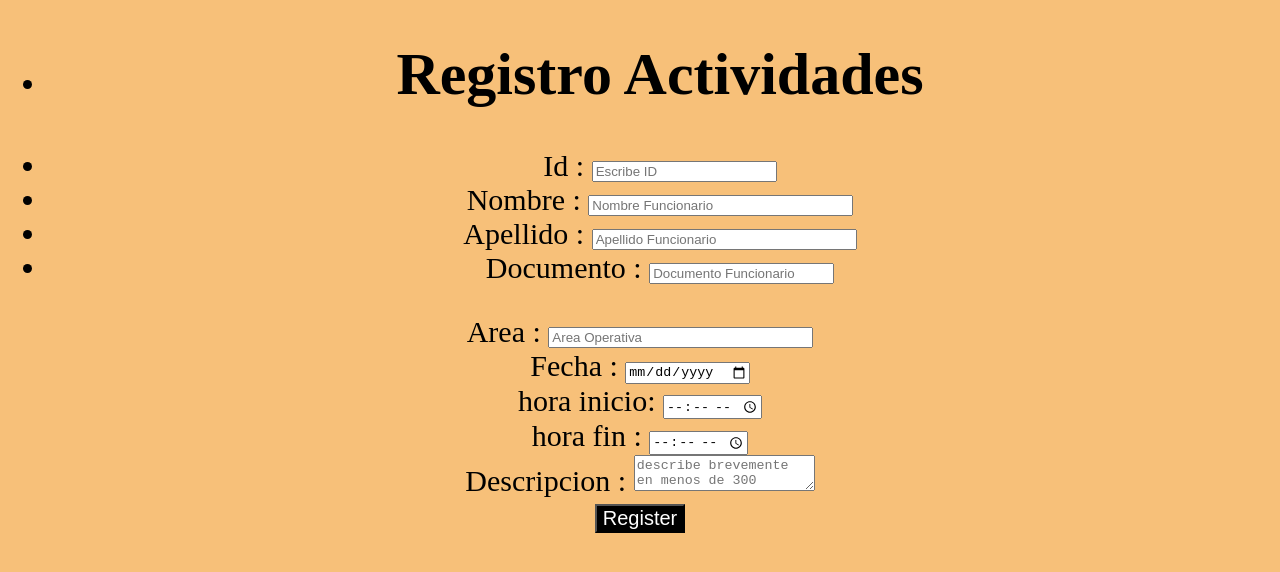
Repository: Yale2024/repo-registro-act
Page: templates/register.html
These files come from the project's save history. The page is drawn as it stood at one moment and after the next save; the edit follows.
The browser window is 1280 px wide. The pictures show the whole page.

Above is the page before, as saved 2024-09-15 07:50:06.

### templates/register.html
<!DOCTYPE html>
<html lang="en">

<head>
    <meta charset="UTF-8">
    <meta name="viewport" content="width=device-width, initial-scale=1.0">
    <link rel="stylesheet" href="static/css/styleRegister.css">
    <script src="static/js/appRegister.js"></script>
    <title>Web App</title>
</head>
<body></body>

    <form class="contact_form" action="/register_user" method="POST">
    <!-- <form method="POST"> -->
        <div>
            <ul>
                <li>
                    <h1>Registro Actividades</h1>
                </li>
                <li>
                    <label for="id">Id :</label>
                    <input type="number"  size="30" name="id" id="Id" placeholder="Escribe ID" required /> <br>
                </li>
                <li>
                    <label for="nombre">Nombre :</label>
                    <input type="text" size="30" name="nombre" id="nombre" placeholder="Nombre Funcionario" required /> <br>
                </li>
                <li>
                    <label for="apellido">Apellido :</label>
                    <input type="text" size="30" name="apellido" id="apellido" placeholder="Apellido Funcionario" required /> <br>
                </li>
                <li>
                    <label for="documento">Documento  :</label>
                    <input type="number" size="30" name="documento" id="documento" placeholder="Documento Funcionario" required /> <br>
                </li>
            </ul>
        </div>




        <label for="are">Area      :</label>
        <input type ="text" size="30" name="area" id="area" placeholder="Area Operativa" required /> <br>
        <label for="fecha">Fecha     :</label>
        <input type ="date" size="30" name="fecha" id="fecha" placeholder="AAAA-MM-DD" required /> <br>
        <label for="horai">hora inicio:</label>
        <input type ="time" size="30" name="horai" id="horai" placeholder="hh:mm" required /> <br>
        <label for="horaf">hora fin  :</label>
        <input type ="time" size="30" name="horaf" id="horaf" placeholder="hh:mm" required /> <br>
        <label for="mensaje">Descripcion   :</label>
        <textarea name="descripcion" size="300" for="descripcion" placeholder="describe brevemente en menos de 300 carácteres" maxlength="300"></textarea> <br>
        <button>Register</button>
        <!-- <button onclick="register_user()">Register</button> -->
        <!-- <input type="submit" name="enviar" value="enviar datos"/> -->
    </form>
</body>

### static/css/styleRegister.css
form{
    text-align: center;
    font-size: 30px;
}

body{
    background-color: #f7bb6dea;
}

button{
    background-color: black;
    color: white;
    font-size:  20px;
}

### static/js/appRegister.js
function register_user() {
    location.href= '/register_user'
}

After the next save:
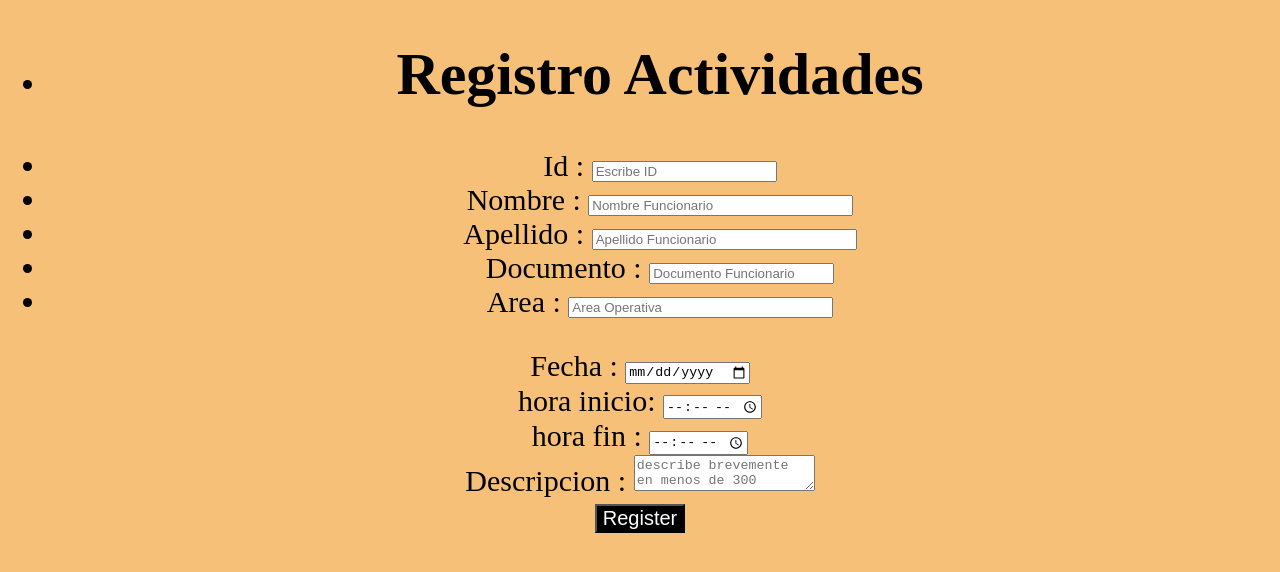
Saved 40 s later.
--- a/templates/register.html
+++ b/templates/register.html
@@ -33,14 +33,15 @@
                     <label for="documento">Documento  :</label>
                     <input type="number" size="30" name="documento" id="documento" placeholder="Documento Funcionario" required /> <br>
                 </li>
+                <li>
+                    <label for="are">Area      :</label>
+                    <input type ="text" size="30" name="area" id="area" placeholder="Area Operativa" required /> <br>
+                </li>
             </ul>
         </div>
 
 
 
-
-        <label for="are">Area      :</label>
-        <input type ="text" size="30" name="area" id="area" placeholder="Area Operativa" required /> <br>
         <label for="fecha">Fecha     :</label>
         <input type ="date" size="30" name="fecha" id="fecha" placeholder="AAAA-MM-DD" required /> <br>
         <label for="horai">hora inicio:</label>
